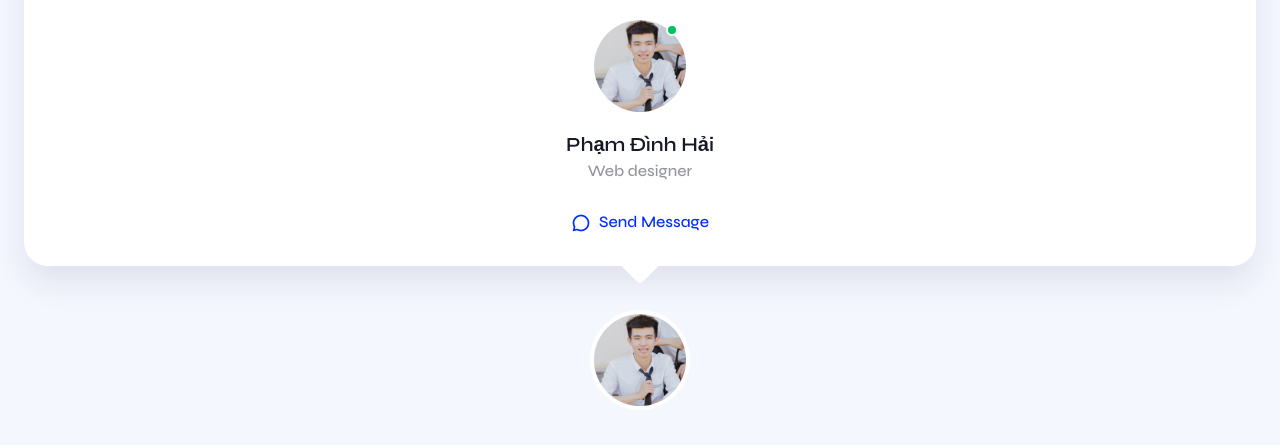
Repository: dinhhaidh/Profile
Page: index.html
An editor plug-in stored every save of this project. The page is shown before and after the next save, followed by the edit.
The browser window is 1280 px wide. The pictures show the whole page.
Some web libraries are served in a nearby version.

Above is the page before, as saved 2024-02-29 09:31:41.

### index.html
<!DOCTYPE html>
<html lang="en">
<head>
    <meta charset="UTF-8">
    <meta name="viewport" content="width=device-width, initial-scale=1.0">

    <!--=============== REMIXICONS ===============-->
    <link rel="stylesheet" href="https://cdnjs.cloudflare.com/ajax/libs/remixicon/4.0.1/remixicon.css">

    <!--=============== CSS ===============-->
    <link rel="stylesheet" href="style.css">

    <title>Profile card with tooltip</title>
</head>
<body>
    <div class="container">
        <article class="card__article">
            <div class="card__profile">
                <img src="./img/img.jpg" alt="image" class="card__profile-img">
            </div>

            <div class="card__tooltip">
                <div class="card__content">
                    <header class="card__header">
                        <span>Social</span>

                        <div class="card__social">
                            <a href="https://www.linkedin.com" target="_blank">
                                <i class="ri-linkedin-box-line"></i>
                            </a>

                            <a href="https://www.github.com" target="_blank">
                                <i class="ri-github-fill"></i>
                            </a>

                            <a href="https://www.dribbble.com" target="_blank">
                                <i class="ri-dribbble-line"></i>
                            </a>
                        </div>
                    </header>

                    <div class="card__data">
                        <div class="card__image">
                            <div class="card__mask">
                                <img src="./img/img.jpg" alt="image" class="card__img">
                            </div>

                            <span class="card__status">

                            </span>
                        </div>
                        <h2 class="card__name">Phạm Đình Hải</h2>
                        <h3 class="card__profession">Web designer</h3>

                        <a href="" class="card__button">
                            <i class="ri-chat-3-line"></i> <span>Send Message</span>
                        </a>
                    </div>
                </div>
            </div>
        </article>
    </div>
</body>
</html>

### style.css
/*=============== GOOGLE FONTS ===============*/
@import url("https://fonts.googleapis.com/css2?family=Syne:wght@400;500;600&display=swap");

/*=============== VARIABLES CSS ===============*/
:root {
    /*========== Colors ==========*/
    /*Color mode HSL(hue, saturation, lightness)*/
    --first-color: hsl(230, 100%, 50%);
    --second-color: hsl(150, 100%, 38%);
    --title-color: hsl(230, 24%, 12%);
    --text-color: hsl(230, 4%, 60%);
    --gray-color: hsl(230, 24%, 88%);
    --border-color: hsl(230, 4%, 92%);
    --body-color: hsl(230, 100%, 98%);
    --container-color: hsl(0, 0%, 100%);

    /*========== Font and typography ==========*/
    /*.5rem = 8px | 1rem = 16px ...*/
    --body-font: "Syne", sans-serif;
    --h2-font-size: 1.25rem;
    --normal-font-size: 1rem;
}

/*=============== BASE ===============*/
* {
    box-sizing: border-box;
    padding: 0;
    margin: 0;
}

body {
    font-family: var(--body-font);
    font-size: var(--normal-font-size);
    background-color: var(--body-color);
    color: var(--text-color);
}

a {
    text-decoration: none;
}

img {
    display: block;
    max-width: 100%;
    height: auto;
}

/*=============== CARD ===============*/
.container {
    height: 100vh;
    display: grid;
    place-items: center;
    margin-inline: 1.5rem;
    padding-block: 7rem;
}

.card__article {
    position: relative;
    align-items: flex-end;
    display: flex;
    justify-content: center;
}

.card__profile,
.card__mask {
    width: 100px;
    height: 100px;
    background-color: var(--gray-color);
    border-radius: 50%;
    overflow: hidden;
    display: flex;
    align-items: flex-end;
    justify-content: center;
    border: 4px solid var(--container-color);
    z-index: 5;
    transition: opacity .4s, transform .4s;
}

.card__profile img,
.card__mask img {
    width: 95px;
}

.card__tooltip {
    position: absolute;
    bottom: 4rem;
    padding-bottom: 5rem;
    /* transition: opacity .4s, bottom .4s cubic-bezier(.6, -.5, .3, 1.5);
    pointer-events: none;
    opacity: 0; */
}

.card__content {
    position: relative;
    width: calc(100vw - 3rem);
    background-color: var(--container-color);
    box-shadow: 0 16px 32px hsla(230, 50%, 20%, .1);
    padding: 2rem 1.5rem;
    border-radius: 1.5rem;
}

.card__content::after {
    content: "";
    width: 32px;
    height: 32px;
    background-color: var(--container-color);
    position: absolute;
    left: 0;
    right: 0;
    bottom: -.75rem;
    margin-inline: auto;
    border-radius: .25rem;
    rotate: 45deg;
}

.card__header {
    display: flex;
    justify-content: space-between;
    align-items: center;
    border-bottom: 1px solid var(--border-color);
    padding-bottom: 1.5rem;
    margin-bottom: 1.5rem;
}
.card__header span{
    color: var(--title-color);
    font-weight: 500;
}

.card__social {
    display: flex;
    column-gap: .75rem;
}

.card__social a{
    font-size: 1.25rem;
    color: var(--title-color);
}

.card__data {
    text-align: center;
}

.card__image {
    width: 100px;
    height: 100px;
    position: relative;
    margin: 0 auto 1rem;
}

.card__img {}

.card__status {
    width: 12px;
    height: 12px;
    background-color: var(--second-color);
    position: absolute;
    top: .5rem;
    right: 0.75rem;
    border-radius: 50%;
    border: 2px solid var(--container-color);
}

.card__name {
    font-size: var(--h2-font-size);
    color: var(--title-color);
    font-weight: 600;
    margin-bottom: .25rem;
}

.card__profession {
    font-size: var(--normal-font-size);
    font-weight: 500;
    margin-bottom: 2rem;
}

.card__button {
    display: inline-flex;
    column-gap: .5rem;
    color: var(--first-color);
    font-weight: 500;
}

.card__button i {
    font-size: 1.25rem;
}

/* Scale profile image */


/* Show tooltip card */


/*=============== BREAKPOINTS ===============*/
/* For medium devices */

After the next save:
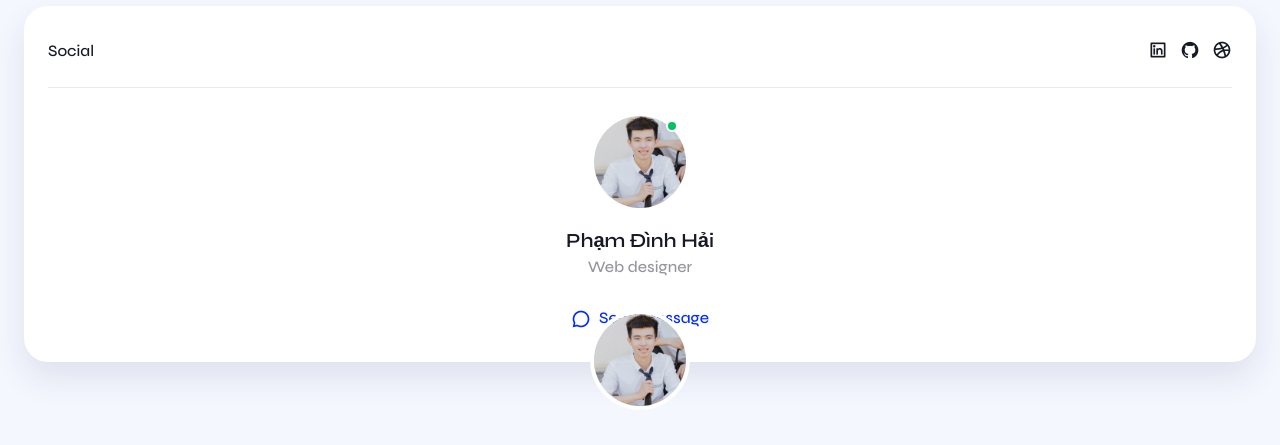
Saved 21 s later.
--- a/style.css
+++ b/style.css
@@ -83,7 +83,7 @@ img {
 
 .card__tooltip {
     position: absolute;
-    bottom: 4rem;
+    bottom: -2rem;
     padding-bottom: 5rem;
     /* transition: opacity .4s, bottom .4s cubic-bezier(.6, -.5, .3, 1.5);
     pointer-events: none;
